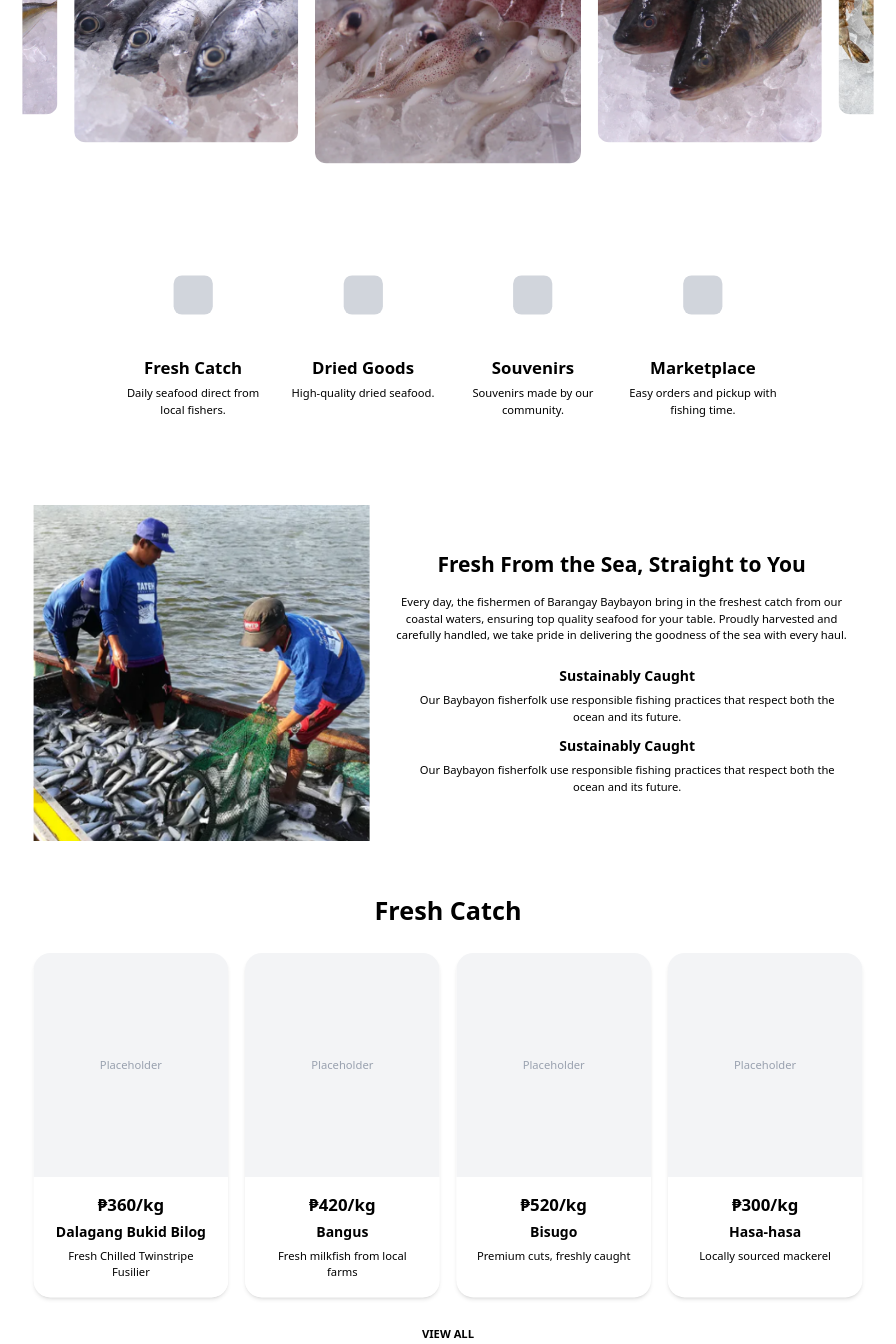
Repository: Coast2Card/coast2cart-frontend
Page: /
The author's editor kept a copy of each file at every save. The page is drawn from the files as they stood at one save, then again after the next save.
The browser window is 1280 px wide. The pictures show the part of the page from y = 879 to 2799 px (the page is 2985 px tall), at 70% of full size.
The project was rebuilt for these pictures with package versions that can differ from the ones it lists, and the page was loaded fresh each time. Also part of the build but not shown: vite.config.js, src/pages/Seafood.jsx, src/pages/Souvenirs.jsx, src/pages/About.jsx, src/pages/Cart.jsx, src/pages/Profile.jsx, src/pages/Colors.jsx.

Above is the page before, as saved 2025-09-07 15:53:09.

### index.html
<!DOCTYPE html>
<html lang="en" data-theme="coast2cart">
  <head>
    <meta charset="UTF-8" />
    <!-- <link rel="icon" type="image/svg+xml" href="/vite.svg" /> -->
    <meta name="viewport" content="width=device-width, initial-scale=1.0" />
    <title>Coast2Cart</title>
  </head>
  <body>
    <div id="root"></div>
    <script type="module" src="/src/main.jsx"></script>
  </body>
</html>

### src/App.jsx
import { Routes, Route } from "react-router-dom";
import Layout from "./components/Layout";
import Home from "./pages/Home";
import Seafood from "./pages/Seafood";
import Souvenirs from "./pages/Souvenirs";
import About from "./pages/About";
import Cart from "./pages/Cart";
import Profile from "./pages/Profile";
import Colors from "./pages/Colors";
import "./App.css";

function App() {
  return (
    <Routes>
      {/* Routes with shared layout */}
      <Route path="/" element={<Layout />}>
        <Route index element={<Home />} />
        <Route path="seafood" element={<Seafood />} />
        <Route path="souvenirs" element={<Souvenirs />} />
        <Route path="about" element={<About />} />
        <Route path="cart" element={<Cart />} />
        <Route path="profile" element={<Profile />} />
        <Route path="colors" element={<Colors />} />
      </Route>
    </Routes>
  );
}

export default App;

### src/components/Layout.jsx
import { Outlet } from "react-router-dom";
import Navbar from "./Navbar";

const Layout = () => {
  return (
    <div className="min-h-screen bg-base-200">
      {/* Navigation Header */}
      <Navbar />

      {/* Main Content */}
      <main className=" mx-auto  ">
        <Outlet />
      </main>

      {/* Footer */}
      <footer className="bg-base-100 border-t border-base-300 mt-auto">
        <div className="max-w-7xl mx-auto py-4 px-4 sm:px-6 lg:px-8">
          <p className="text-center text-base-content/70 text-sm">
            © 2024 Coast2Cart. All rights reserved.
          </p>
        </div>
      </footer>
    </div>
  );
};

export default Layout;

### src/pages/Home.jsx
import homeBanner from "../assets/images/home_banner.jpg";
import baybayonLogo from "../assets/logos/c2c_white_transparent.png";
import fish1 from "../assets/images/home_fish1.png";
import fish2 from "../assets/images/home_fish2.png";
import fish3 from "../assets/images/home_fish3.png";
import fish4 from "../assets/images/home_fish4.png";
import fish5 from "../assets/images/home_fish5.png";
import HomeFeatures from "../components/home/HomeFeatures";
import HomeFreshCatch from "../components/home/HomeFreshCatch";
import HomeGallery from "../components/home/HomeGallery";
const Home = () => {
  return (
    <main className="relative overflow-x-hidden">
      {/* Home Banner */}
      <section className="w-full h-[70vh] md:h-185 relative">
        <img
          src={homeBanner}
          alt="Home Banner"
          className="w-full h-full object-cover relative z-4"
          onError={(e) => {
            console.log("Image failed to load:", homeBanner);
            e.target.style.display = "none";
          }}
          onLoad={() => console.log("Image loaded successfully:", homeBanner)}
        />

        <div className="absolute inset-0 bg-black opacity-60 z-10"></div>

        <div className="absolute inset-0 z-20 flex items-start py-20 justify-center">
          <div className="text-center text-white">
            <h1 className="text-xl sm:text-2xl lg:text-3xl font-extrabold font-display mb-[-30px] sm:mb-[-30px] md:mb-[-35px] lg:mb-[-47px]">
              Sea the best of Baybayon, from
            </h1>
            <img
              className="w-6/8 sm:w-5/8 md:4/8 lg:3/8 max-w-270 h-auto mx-auto "
              src={baybayonLogo}
            />
            <button className="mt-[-10px] bg-secondary text-primary uppercase px-6 py-2 rounded-full text-md sm:text-lg font-semibold hover:bg-secondary/90 transition-colors">
              Shop Now
            </button>
          </div>
        </div>
      </section>
      <section className=" relative overflow-hidden w-[140vw] flex items-center justify-center gap-6 mb-25   z-30 -mt-61 sm:-mt-60 left-1/2 -translate-x-1/2">
        <img
          src={fish1}
          alt="Fish 1"
          className="min-w-60 sm:w-65 h-90 object-cover rounded-2xl"
        />
        <img
          src={fish2}
          alt="Fish 2"
          className="min-w-65 h-85 sm:w-80 sm:h-110 object-cover rounded-2xl"
        />
        <img
          src={fish3}
          alt="Fish 3"
          className="min-w-75 h-115 sm:w-95 sm:h-125 object-cover rounded-2xl"
        />
        <img
          src={fish4}
          alt="Fish 4"
          className="min-w-65 h-90 sm:w-80 sm:h-110 object-cover rounded-2xl"
        />
        <img
          src={fish5}
          alt="Fish 5"
          className="min-w-60 sm:w-65 h-90 object-cover rounded-2xl"
        />
      </section>
      <section className="max-w-8xl mx-auto p-4 flex flex-col">
        <HomeFeatures className="mb-25" />
        <HomeGallery />
        <HomeFreshCatch />
      </section>
    </main>
  );
};

export default Home;

### src/components/Navbar.jsx
import { Link, useLocation } from "react-router-dom";
import { useState } from "react";
import { navLinks } from "../data/navigation";
import c2cLogo from "../assets/logos/c2c_transparent.png";
import searchIcon from "../assets/icons/search.png";
import cartIcon from "../assets/icons/cart.png";
import profileIcon from "../assets/icons/profile.png";
import commentIcon from "../assets/icons/comment.png";
const Navbar = () => {
  const location = useLocation();
  const [isMobileMenuOpen, setIsMobileMenuOpen] = useState(false);

  const isActive = (path) => {
    return location.pathname === path;
  };

  const toggleMobileMenu = () => {
    setIsMobileMenuOpen(!isMobileMenuOpen);
  };

  const closeMobileMenu = () => {
    setIsMobileMenuOpen(false);
  };

  return (
    <nav className="bg-base-300 shadow-lg py-2 sticky top-0 z-50">
      <div className="mx-auto px-6 sm:px-6 lg:px-8">
        <div className="flex justify-between h-16">
          <div className="flex items-center">
            <Link to="/" className="flex-shrink-0">
              <img src={c2cLogo} alt="Coast2Cart" className="h-17" />
            </Link>
          </div>

          {/* Desktop Navigation */}
          <div className="hidden md:flex items-center space-x-8">
            {navLinks.map((link) => (
              <Link
                key={link.path}
                to={link.path}
                className={`px-3 py-2 rounded-md text-md font-bold transition-colors ${
                  isActive(link.path)
                    ? " text-accent after:content-[''] after:block after:w-full after:h-0.5 after:bg-accent after:rounded-full"
                    : "text-black hover:text-primary hover:bg-base-200"
                }`}
              >
                {link.label}
              </Link>
            ))}
          </div>

          {/* Desktop Icons - Hidden on mobile */}
          <div className="hidden md:flex items-center gap-4 lg:gap-6">
            <img
              src={searchIcon}
              alt="Search"
              className="h-5 w-5 lg:h-5.5 lg:w-5.5 hover:cursor-pointer hover:opacity-60 transition-opacity duration-300"
            />
            <img
              src={commentIcon}
              alt="Comment"
              className="h-5 w-5 lg:h-5.5 lg:w-5.5 hover:cursor-pointer hover:opacity-60 transition-opacity duration-300"
            />
            <img
              src={cartIcon}
              alt="Cart"
              className="h-5 w-5 lg:h-5.5 lg:w-5.5 hover:cursor-pointer hover:opacity-60 transition-opacity duration-300"
            />
            <img
              src={profileIcon}
              alt="Profile"
              className="h-5 w-5 lg:h-5.5 lg:w-5.5 hover:cursor-pointer hover:opacity-60 transition-opacity duration-300"
            />
          </div>

          {/* Mobile menu button */}
          <div className="md:hidden flex items-center">
            <button
              onClick={toggleMobileMenu}
              className="inline-flex items-center justify-center p-2 rounded-md text-base-content hover:text-primary hover:bg-base-200 focus:outline-none focus:ring-2 focus:ring-inset focus:ring-primary"
              aria-expanded="false"
            >
              <span className="sr-only">Open main menu</span>
              {!isMobileMenuOpen ? (
                <svg
                  className="block h-6 w-6"
                  xmlns="http://www.w3.org/2000/svg"
                  fill="none"
                  viewBox="0 0 24 24"
                  stroke="currentColor"
                  aria-hidden="true"
                >
                  <path
                    strokeLinecap="round"
                    strokeLinejoin="round"
                    strokeWidth="2"
                    d="M4 6h16M4 12h16M4 18h16"
                  />
                </svg>
              ) : (
                <svg
                  className="block h-6 w-6"
                  xmlns="http://www.w3.org/2000/svg"
                  fill="none"
                  viewBox="0 0 24 24"
                  stroke="currentColor"
                  aria-hidden="true"
                >
                  <path
                    strokeLinecap="round"
                    strokeLinejoin="round"
                    strokeWidth="2"
                    d="M6 18L18 6M6 6l12 12"
                  />
                </svg>
              )}
            </button>
          </div>
        </div>
      </div>

      {/* Mobile Navigation Menu */}
      <div className={`md:hidden ${isMobileMenuOpen ? "block" : "hidden"}`}>
        <div className="px-2 pt-2 pb-3 space-y-1 sm:px-3 bg-base-100 border-t border-base-300">
          {navLinks.map((link) => (
            <Link
              key={link.path}
              to={link.path}
              onClick={closeMobileMenu}
              className={`block px-3 py-2 rounded-md text-base font-medium transition-colors ${
                isActive(link.path)
                  ? "bg-primary text-primary-content"
                  : "text-base-content hover:text-primary hover:bg-base-200"
              }`}
            >
              {link.label}
            </Link>
          ))}

          {/* Mobile Icons */}
          <div className="flex items-center justify-center gap-6 pt-4 border-t border-base-300 mt-4">
            <img
              src={searchIcon}
              alt="Search"
              className="h-6 w-6 hover:cursor-pointer hover:opacity-60 transition-opacity duration-300"
            />
            <img
              src={commentIcon}
              alt="Comment"
              className="h-6 w-6 hover:cursor-pointer hover:opacity-60 transition-opacity duration-300"
            />
            <img
              src={cartIcon}
              alt="Cart"
              className="h-6 w-6 hover:cursor-pointer hover:opacity-60 transition-opacity duration-300"
            />
            <img
              src={profileIcon}
              alt="Profile"
              className="h-6 w-6 hover:cursor-pointer hover:opacity-60 transition-opacity duration-300"
            />
          </div>
        </div>
      </div>
    </nav>
  );
};

export default Navbar;

### src/components/home/HomeFeatures.jsx
import cartIcon from "../../assets/icons/cart.png";
import commentIcon from "../../assets/icons/comment.png";
import profileIcon from "../../assets/icons/profile.png";
import searchIcon from "../../assets/icons/search.png";

const features = [
  {
    icon: cartIcon,
    title: "Fresh Catch",
    description: "Daily seafood direct from local fishers.",
  },
  {
    icon: searchIcon,
    title: "Dried Goods",
    description: "High-quality dried seafood.",
  },
  {
    icon: commentIcon,
    title: "Souvenirs",
    description: "Souvenirs made by our community.",
  },
  {
    icon: profileIcon,
    title: "Marketplace",
    description: "Easy orders and pickup with fishing time.",
  },
];

const HomeFeatures = ({ className = "" }) => {
  return (
    <article className={` mx-auto w-full ${className}`}>
      <section className="grid grid-cols-1 sm:grid-cols-2 space-y-6 lg:grid-cols-4 gap-6 sm:w-[95%] lg:w-[90%] xl:w-[80%] mx-auto">
        {features.map((item, index) => (
          <div
            key={index}
            className="flex flex-col items-center justify-start gap-2"
          >
            <div className="bg-accent mb-2 p-11 sm:p-11 flex justify-center items-center rounded-full">
              <div className="bg-gray-300 rounded-xl p-1 h-14 w-14"></div>
            </div>
            <h3 className="text-2xl font-bold text-primary">{item.title}</h3>
            <h3 className="text-md text-center">{item.description}</h3>
          </div>
        ))}
      </section>
    </article>
  );
};

export default HomeFeatures;

### src/components/home/HomeFreshCatch.jsx
const freshCatchItems = [
  {
    id: 1,
    price: "₱360/kg",
    name: "Dalagang Bukid Bilog",
    description: "Fresh Chilled Twinstripe Fusilier",
    image: null,
  },
  {
    id: 2,
    price: "₱420/kg",
    name: "Bangus",
    description: "Fresh milkfish from local farms",
    image: null,
  },
  {
    id: 3,
    price: "₱520/kg",
    name: "Bisugo",
    description: "Premium cuts, freshly caught",
    image: null,
  },
  {
    id: 4,
    price: "₱300/kg",
    name: "Hasa-hasa",
    description: "Locally sourced mackerel",
    image: null,
  },
];

const HomeFreshCatch = ({ className = "" }) => {
  return (
    <div className={`flex flex-col text-center ${className}`}>
      <h1 className="text-4xl font-bold text-accent mb-10">Fresh Catch</h1>
      <section className="grid grid-cols-1 sm:grid-cols-2 xl:grid-cols-4  gap-6 mb-8">
        {freshCatchItems.map((item) => (
          <div
            key={item.id}
            className="flex flex-col shadow-md overflow-hidden rounded-3xl"
          >
            <div className="bg-gray-100 h-80 flex items-center justify-center text-gray-400">
              Placeholder
            </div>
            <div className="bg-white p-6  flex flex-col gap-2 text-center items-center justify-center">
              <h3 className="text-success text-2xl font-bold">{item.price}</h3>
              <h3 className="text-black font-bold text-xl">{item.name}</h3>
              <p className="text-md">{item.description}</p>
            </div>
          </div>
        ))}
      </section>
      <div className="mb-20">
        <button className="bg-secondary text-primary uppercase px-6 py-2 rounded-full text-md font-semibold hover:bg-secondary/90 transition-colors">
          View All
        </button>
      </div>
    </div>
  );
};

export default HomeFreshCatch;

### src/components/home/HomeGallery.jsx
import React from "react";
import homeGallery1 from "../../assets/images/home_gallery1.png";
import FishIcon from "../icons/FishIcon";
const HomeGallery = () => {
  return (
    <div className="w-full flex gap-4 mb-20 items-center  ">
      <div className="flex flex-1 min-w-120  w-full h-120 bg-blue-100 ">
        <img src={homeGallery1} className="w-full h-full object-cover  " />
      </div>
      <div className=" flex flex-col min-w-20  p-4 gap-4 justify-center">
        <h2 className="font-bold text-3xl text-primary mb-2">
          Fresh From the Sea, Straight to You
        </h2>
        <p className="text-md mb-4">
          Every day, the fishermen of Barangay Baybayon bring in the freshest
          catch from our coastal waters, ensuring top quality seafood for your
          table. Proudly harvested and carefully handled, we take pride in
          delivering the goodness of the sea with every haul.
        </p>
        <div className="flex items-start gap-4 text-primary">
          <div className="max-h-22 max-w-22 font-bold pt-0.5">
            <FishIcon />
          </div>
          <div className="flex flex-col">
            <h3 className="font-bold text-xl mb-2">Sustainably Caught</h3>
            <p className="text-black">
              Our Baybayon fisherfolk use responsible fishing practices that
              respect both the ocean and its future.
            </p>
          </div>
        </div>
        <div className="flex items-start gap-4 text-primary">
          <div className="max-h-22 max-w-22 font-bold pt-0.5">
            <FishIcon />
          </div>
          <div className="flex flex-col">
            <h3 className="font-bold text-xl mb-2">Sustainably Caught</h3>
            <p className="text-black">
              Our Baybayon fisherfolk use responsible fishing practices that
              respect both the ocean and its future.
            </p>
          </div>
        </div>
      </div>
    </div>
  );
};

export default HomeGallery;

### src/data/navigation.js
// Navigation links data
export const navLinks = [
  { path: "/", label: "Home" },
  { path: "/seafood", label: "Seafood" },
  { path: "/souvenirs", label: "Souvenirs" },
  { path: "/about", label: "About" },
  // { path: "/cart", label: "Cart" },
  // { path: "/profile", label: "Profile" },
  // { path: "/colors", label: "Colors" },
];

### src/components/icons/FishIcon.jsx
import React from "react";

const FishIcon = () => {
  return (
    <div>
      <svg
        xmlns="http://www.w3.org/2000/svg"
        viewBox="0 0 256 256"
        className="text-primary fill-primary"
      >
        <rect width="256" height="256" fill="none" />
        <path d="M168,76a12,12,0,1,1-12-12A12,12,0,0,1,168,76Zm48.72,67.64c-19.37,34.9-55.44,53.76-107.24,56.1l-22,51.41A8,8,0,0,1,80.1,256l-.51,0a8,8,0,0,1-7.19-5.78L57.6,198.39,5.8,183.56a8,8,0,0,1-1-15.05l51.41-22c2.35-51.78,21.21-87.84,56.09-107.22,24.75-13.74,52.74-15.84,71.88-15.18,18.64.64,36,4.27,38.86,6a8,8,0,0,1,2.83,2.83c1.69,2.85,5.33,20.21,6,38.85C232.55,90.89,230.46,118.89,216.72,143.64Zm-4.3-100.07c-14.15-3-64.1-11-100.3,14.75a81.21,81.21,0,0,0-16,15.07,36,36,0,0,0,39.35,38.44,8,8,0,0,1,8.73,8.73,36,36,0,0,0,38.47,39.34,80.81,80.81,0,0,0,15-16C223.42,107.73,215.42,57.74,212.42,43.57Z" />
      </svg>
    </div>
  );
};

export default FishIcon;

Loaded but not shown: src/main.jsx (common file); src/index.css (common file); src/App.css (common file)

After the next save:
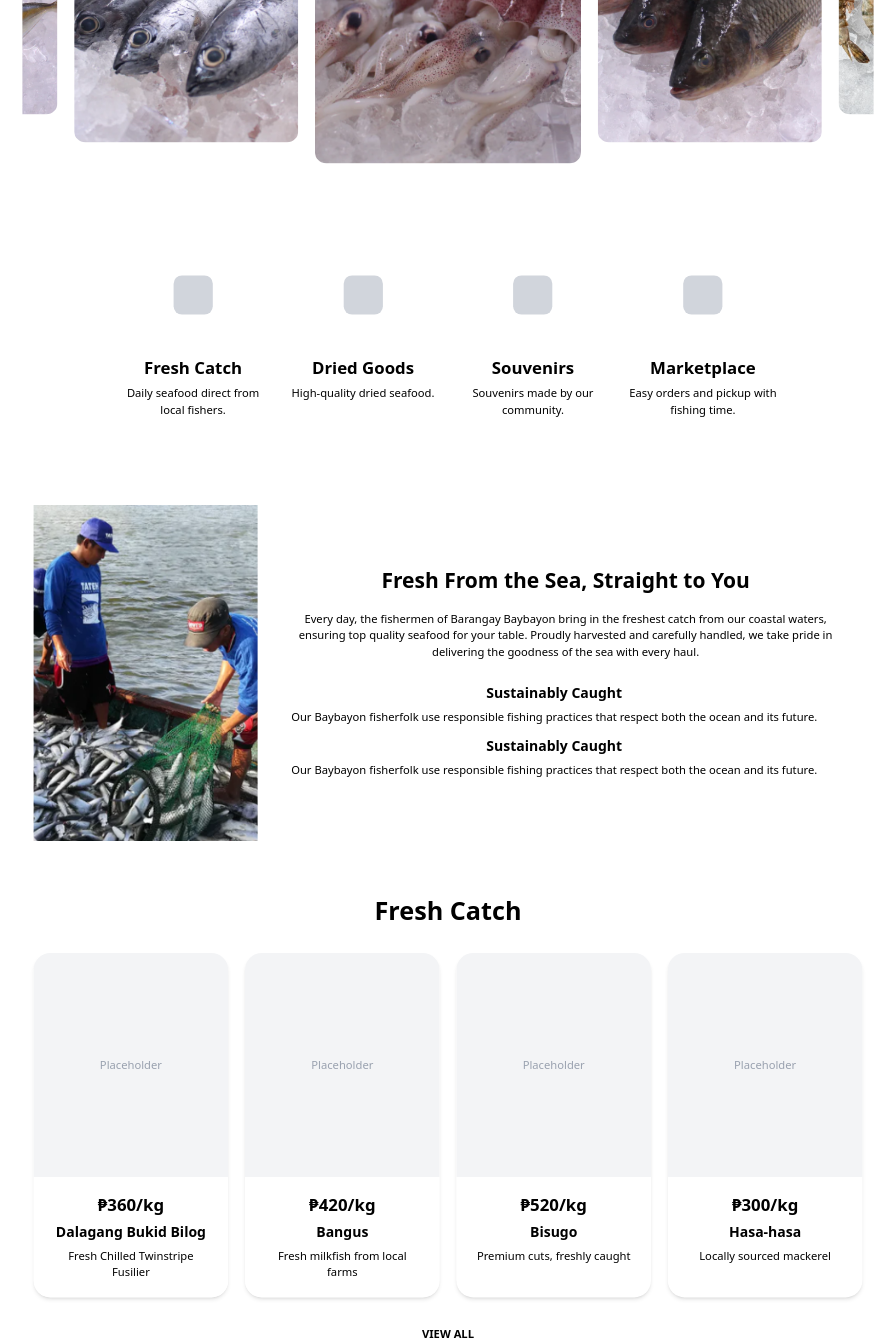
Saved 4 s later.
--- a/src/components/home/HomeGallery.jsx
+++ b/src/components/home/HomeGallery.jsx
@@ -4,7 +4,7 @@ import FishIcon from "../icons/FishIcon";
 const HomeGallery = () => {
   return (
     <div className="w-full flex gap-4 mb-20 items-center  ">
-      <div className="flex flex-1 min-w-120  w-full h-120 bg-blue-100 ">
+      <div className="flex flex-1 min-w-80  w-full h-120 bg-blue-100 ">
         <img src={homeGallery1} className="w-full h-full object-cover  " />
       </div>
       <div className=" flex flex-col min-w-20  p-4 gap-4 justify-center">
